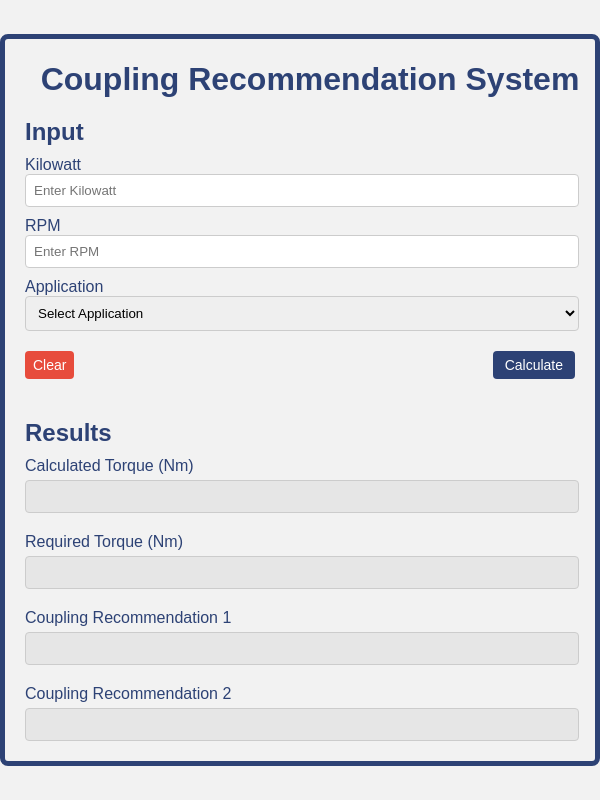
Repository: JustinSadie/calculator
Page: newIndex.html
An editor plug-in stored every save of this project. The page is shown before and after the next save, followed by the edit.
The browser window is 600 px wide. The pictures show the whole page.

Above is the page before, as saved 2024-08-25 17:39:13.

After the next save:
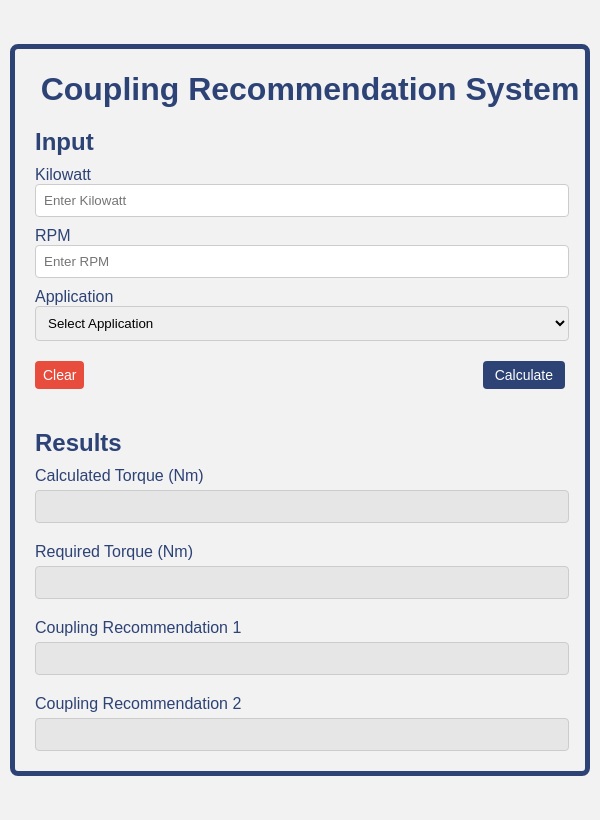
Saved 2 min 35 s later.
--- a/newCSS.css
+++ b/newCSS.css
@@ -9,6 +9,13 @@ body {
   justify-content: center;
   align-items: center;
   min-height: 100vh;
+}
+
+/* Media query for screens smaller than 755px */
+@media (max-width: 755px) {
+  body {
+    margin: 10px;
+  }
 }
 
 .wrapper {
